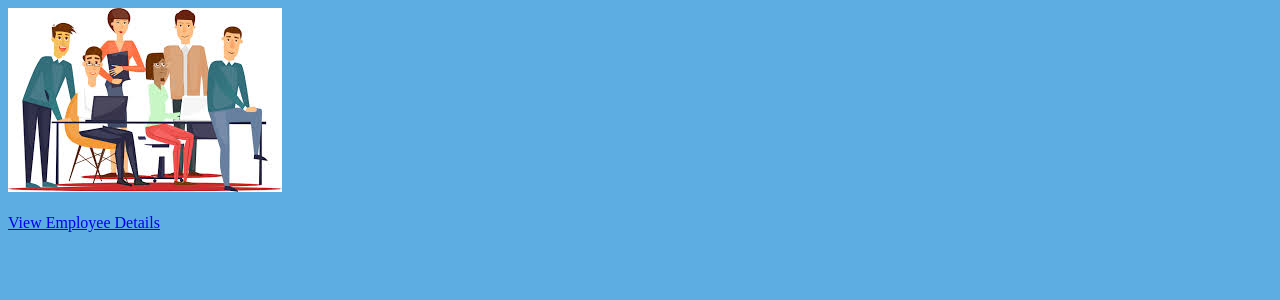
Repository: LSLParvathi/WebApplications
Page: http://localhost/Pagination/Resourses/jsp/Firstpage.jsp
These files come from the project's save history. The page is drawn as it stood at one moment and after the next save; the edit follows.
The browser window is 1280 px wide. The pictures show the whole page.
The page is served by Tomcat 9.

Above is the page before, as saved 2020-02-15 06:35:00.

After the next save:
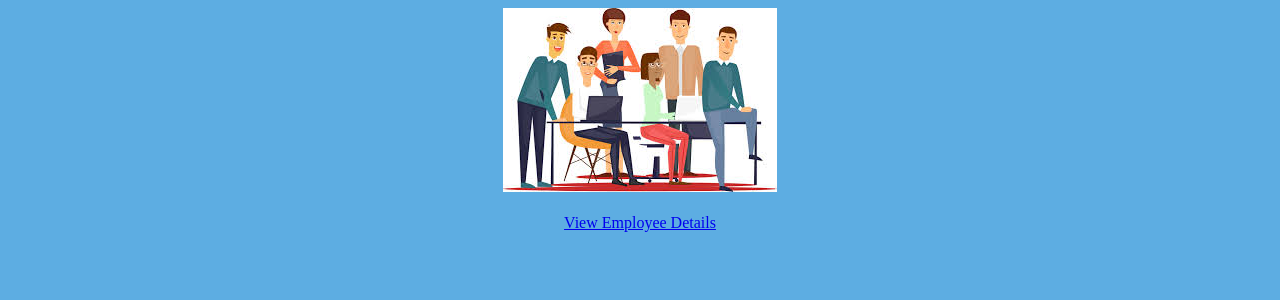
Saved 36 s later.
--- a/Pagination/WebContent/Resourses/jsp/Firstpage.jsp
+++ b/Pagination/WebContent/Resourses/jsp/Firstpage.jsp
@@ -7,7 +7,7 @@
 <title>Insert title here</title>
  <link rel="stylesheet" href="../css/styling.css" type="text/css">
 </head>
-<body>
+<body align="center">
 <img alt="pic" src="../Images/emp.jpeg"  ><br><br>
 <a href="welcome">View Employee Details</a>
 
